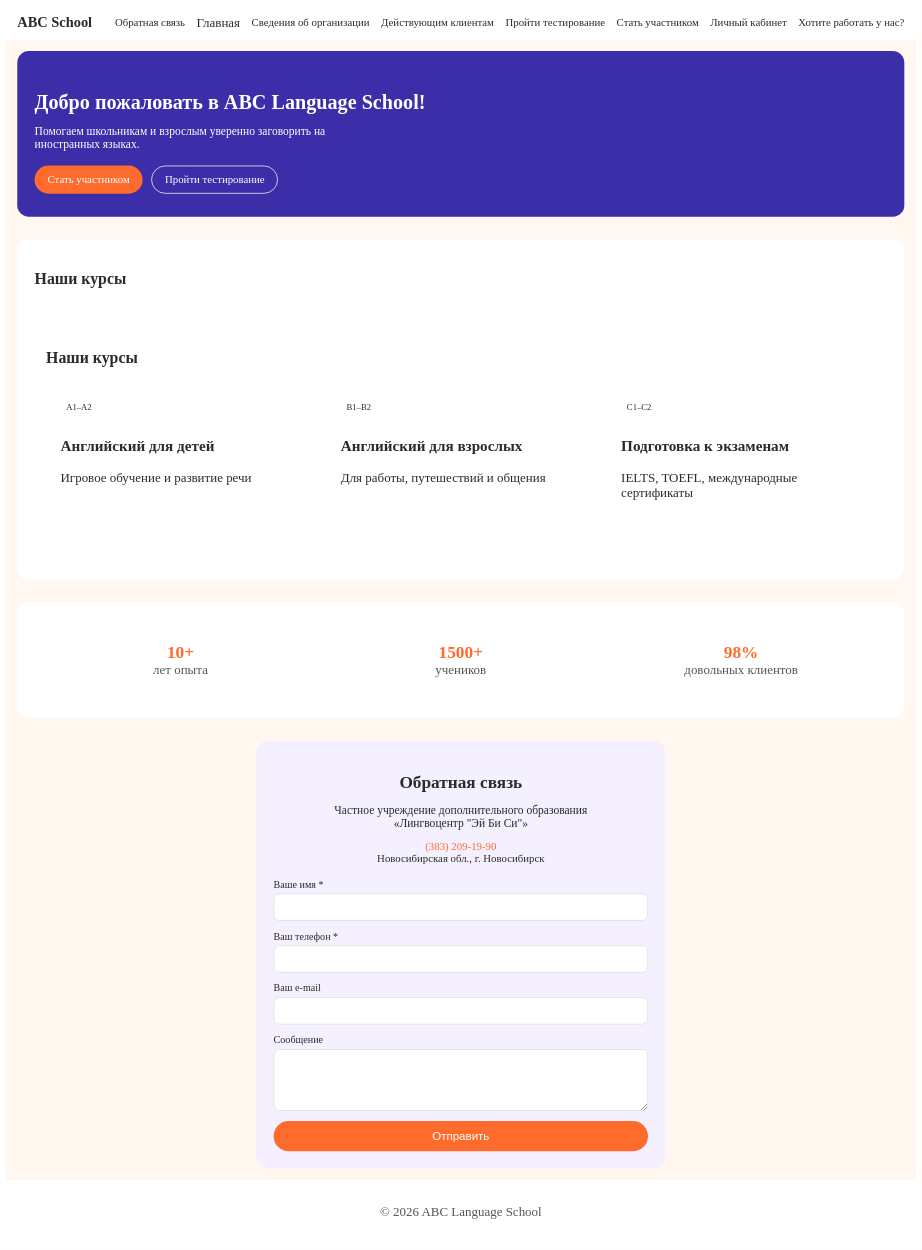
Repository: vidergooold/abc-language-school
Page: / (app in frontend/)
These files come from the project's save history. The page is drawn as it stood at one moment and after the next save; the edit follows.
The browser window is 1280 px wide. The pictures show the whole page, at 72% of full size.
The project was rebuilt for these pictures with package versions that can differ from the ones it lists, and the page was loaded fresh each time. Also part of the build but not shown: frontend/vite.config.ts, frontend/src/components/courses/CoursesFilter.vue, frontend/src/components/courses/CourseCard.vue, frontend/src/components/courses/CoursesGrid.vue, frontend/src/pages/Courses.vue, frontend/src/pages/Login.vue, frontend/src/pages/Register.vue, frontend/src/components/layout/AccountLayout.vue and 2 more.

Above is the page before, as saved 2026-01-10 21:11:39.

After the next save:
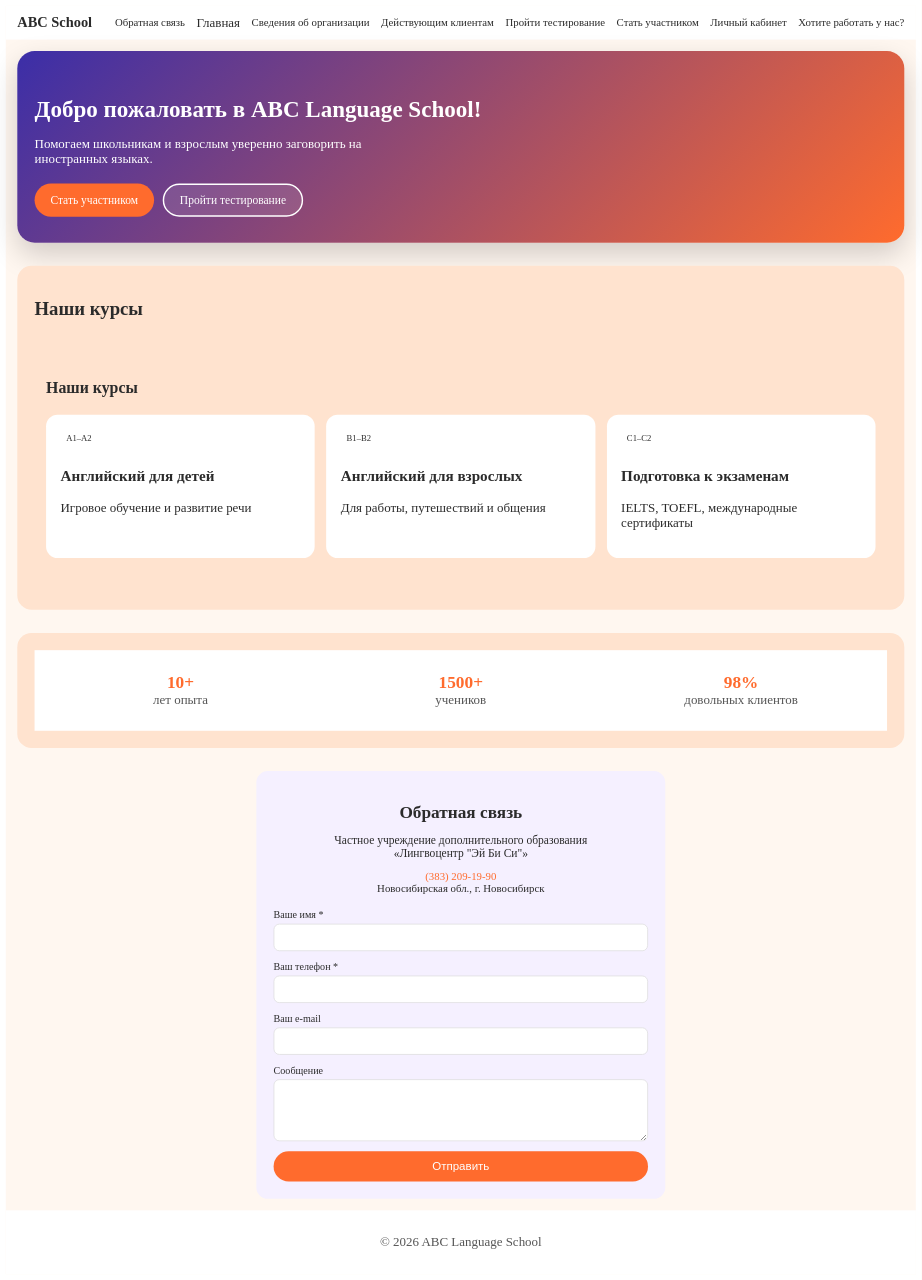
Saved 27 s later.
--- a/frontend/src/pages/Home.vue
+++ b/frontend/src/pages/Home.vue
@@ -22,13 +22,13 @@
       </div>
     </section>
 
-    <!-- Превью курсов (можно оставить как было, если уже есть) -->
+    <!-- Превью курсов -->
     <section class="section">
       <h2 class="section__title">Наши курсы</h2>
       <CoursesPreview />
     </section>
 
-    <!-- Блок статистики/преимуществ (если есть) -->
+    <!-- Блок преимуществ / статистики -->
     <section class="section">
       <StatsBlock />
     </section>
@@ -54,23 +54,25 @@ import FeedbackForm from '@/components/home/FeedbackForm.vue'
   gap: 32px;
 }
 
+/* Яркий блок: фиолетово-оранжевый градиент */
 .hero {
-  background: #3b2ea8; /* фиолетовый блок, как на примере */
-  color: #fff;
-  border-radius: 16px;
-  padding: 32px 24px;
+  background: linear-gradient(135deg, var(--brand-purple), var(--brand-orange));
+  color: #ffffff;
+  border-radius: 24px;
+  padding: 36px 24px;
+  box-shadow: 0 16px 40px rgba(0, 0, 0, 0.18);
 }
 
 .hero__title {
-  font-size: 28px;
+  font-size: var(--font-size-h1);
   font-weight: 700;
   margin-bottom: 12px;
 }
 
 .hero__text {
-  font-size: 16px;
-  margin-bottom: 20px;
-  max-width: 480px;
+  font-size: 18px;
+  margin-bottom: 24px;
+  max-width: 520px;
 }
 
 .hero__actions {
@@ -83,32 +85,34 @@ import FeedbackForm from '@/components/home/FeedbackForm.vue'
   display: inline-flex;
   align-items: center;
   justify-content: center;
-  padding: 10px 18px;
+  padding: 12px 22px;
   border-radius: 999px;
-  font-size: 15px;
+  font-size: 16px;
   text-decoration: none;
   cursor: pointer;
 }
 
 .btn-primary {
   background: var(--brand-orange);
-  color: #fff;
+  color: #ffffff;
 }
 
 .btn-secondary {
-  border: 1px solid #fff;
-  color: #fff;
-  background: transparent;
+  border: 2px solid #ffffff;
+  color: #ffffff;
+  background: rgba(255, 255, 255, 0.1);
 }
 
+/* Оранжевые секции */
 .section {
-  background: var(--bg-white);
-  border-radius: 16px;
+  background: #ffe3cf;
+  border-radius: 20px;
   padding: 24px;
 }
 
 .section__title {
-  font-size: 22px;
+  font-size: var(--font-size-h2);
+  font-weight: 700;
   margin-bottom: 16px;
 }
 
